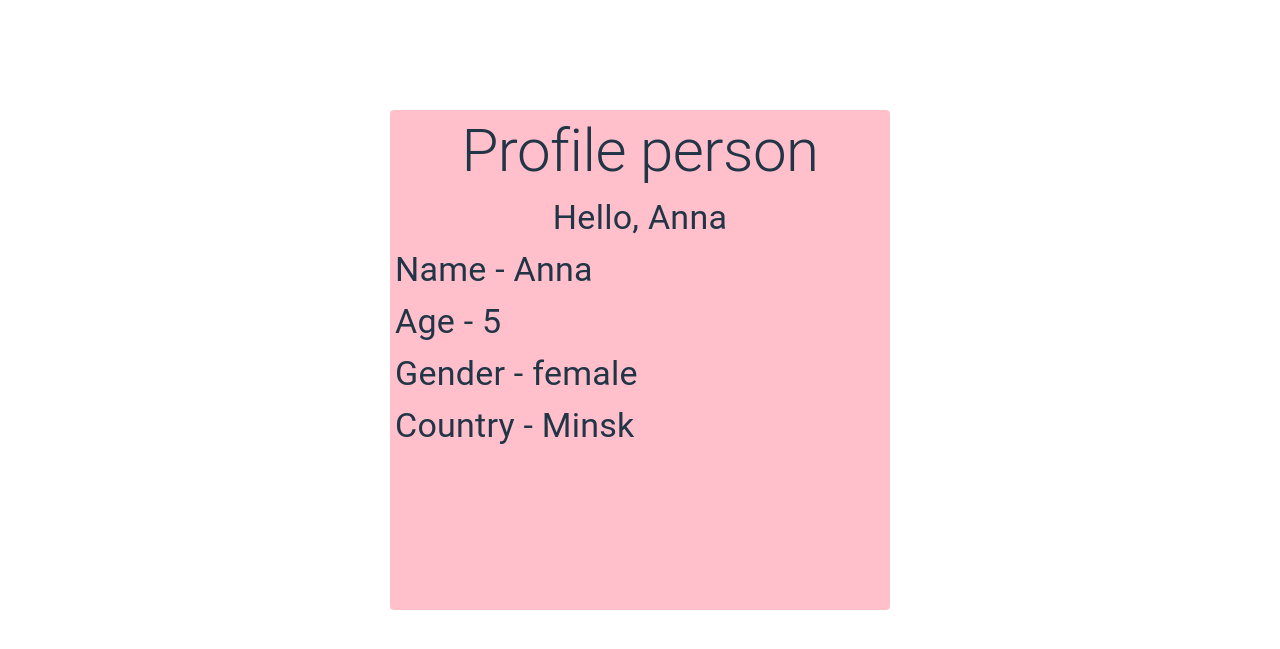
Repository: savannaaaas/props
Page: /
These files come from the project's save history. The page is drawn as it stood at one moment and after the next save; the edit follows.
The browser window is 1280 px wide. The pictures show the whole page.
The project was rebuilt for these pictures with package versions that can differ from the ones it lists, and the page was loaded fresh each time. Also part of the build but not shown: vite.config.js.

Above is the page before, as saved 2025-07-07 23:58:59.

### src/App.jsx
import "./App.css";
import Box from "@mui/material/Box";
import { Person1 } from "./components/Person1";
/**1. Создать 6 любых компонент.
2. В компоненты передать props следующих типов данных:
number
string
boolean
object
function
array
3. Использовать в компонентах каждый prop.
4. Сделать деструктуризацию props. */
function App() {
  const obj = { country: "Minsk" };
  const sayHello = (name) => ` Hello, ${name}`;
  const hobbies = ["swim", "sing", "play vollleyball", "play basketball"];
  return (
    <Box
      sx={{
        width: 500,
        height: 500,
        borderRadius: 1,
        bgcolor: "pink",
      }}
    >
      <Person1
        name={"Anna"}
        age={5}
        men={false}
        obj={obj}
        sayHello={sayHello}
        hobbies={hobbies}
      />
    </Box>
  );
}

export default App;

### src/components/Person1.jsx
import Typography from "@mui/material/Typography";
export const Person1 = ({ name, age, men, obj, sayHello, hobbies }) => {
  return (
    <>
      <Typography variant="h2" align="center" style={{ padding: "5px" }}>
        Profile person
      </Typography>
      <Typography variant="h4" align="center" style={{ padding: "5px" }}>
        {sayHello(name)}
      </Typography>

      <Typography variant="h4" align="left" style={{ padding: "5px" }}>
        Name - {name}
      </Typography>
      <Typography variant="h4" align="left" style={{ padding: "5px" }}>
        Age - {age}
      </Typography>
      <Typography variant="h4" align="left" style={{ padding: "5px" }}>
        Gender - {men ? "men" : "female"}
      </Typography>
      <Typography variant="h4" align="left" style={{ padding: "5px" }}>
        Country - {obj.country}
      </Typography>
    </>
  );
};

Loaded but not shown: index.html (common file); src/main.jsx (common file); src/index.css (common file); src/App.css (common file)

After the next save:
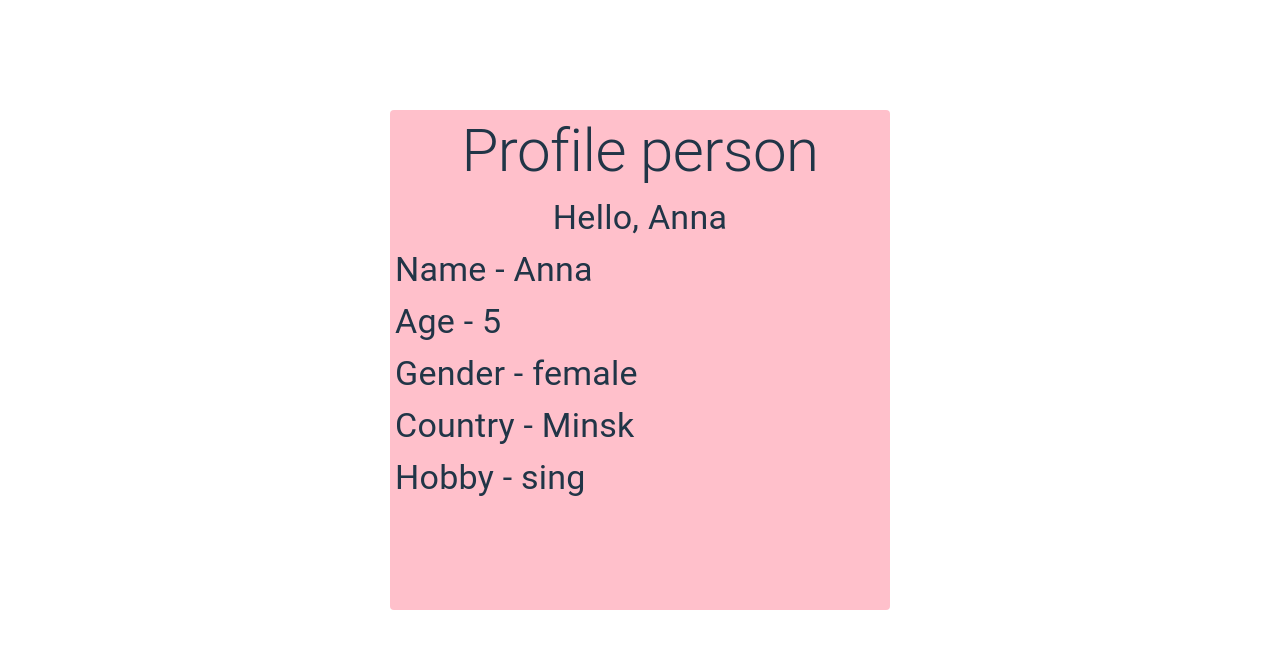
Saved 19 s later.
--- a/src/components/Person1.jsx
+++ b/src/components/Person1.jsx
@@ -21,6 +21,9 @@ export const Person1 = ({ name, age, men, obj, sayHello, hobbies }) => {
       <Typography variant="h4" align="left" style={{ padding: "5px" }}>
         Country - {obj.country}
       </Typography>
+      <Typography variant="h4" align="left" style={{ padding: "5px" }}>
+        Hobby - {hobbies[1]}
+      </Typography>
     </>
   );
 };
